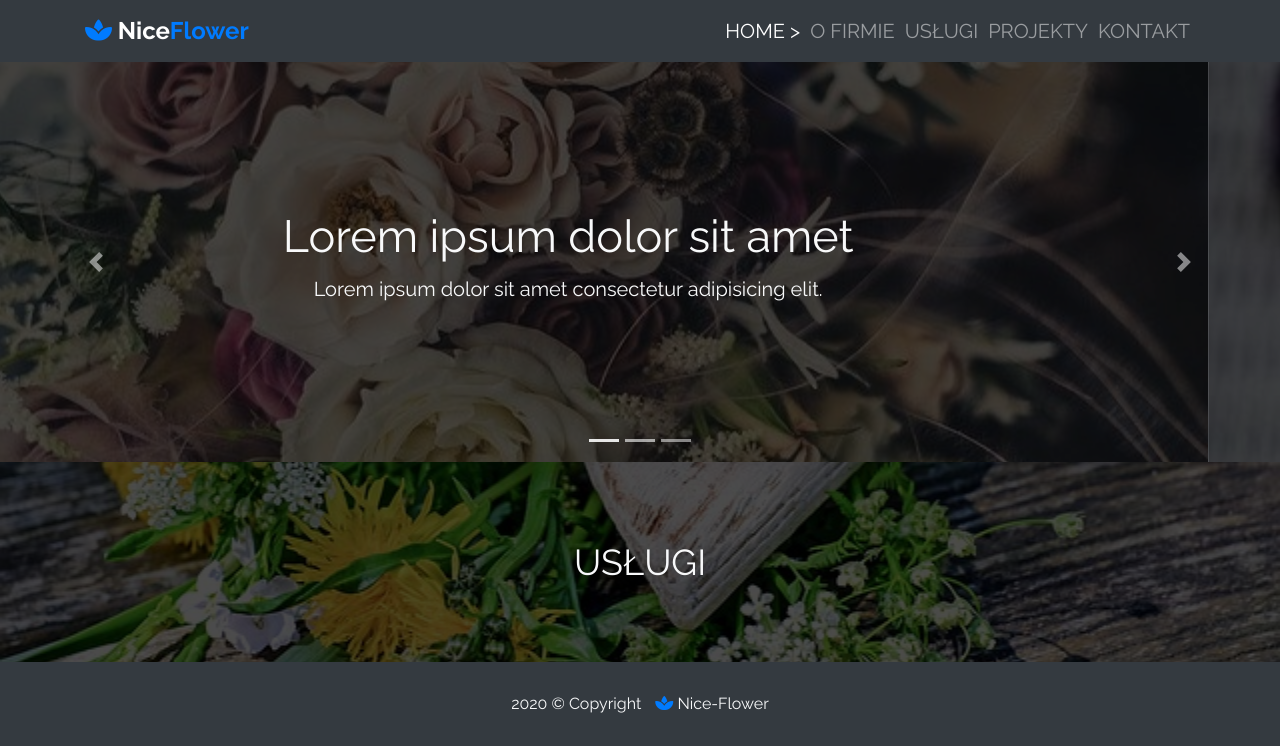
Repository: KrzysKolo/Projekt-13_Kwiaciarnia
Page: services.html
These files come from the project's save history. The page is drawn as it stood at one moment and after the next save; the edit follows.
The browser window is 1280 px wide. The pictures show the whole page.
Some web libraries are served in a nearby version.

Above is the page before, as saved 2020-08-11 09:56:11.

### services.html
<!DOCTYPE html>
<html lang="pl">
  <head>
    <meta charset="UTF-8" />
    <meta name="viewport" content="width=device-width, initial-scale=1.0" />
    <title>Nice-Flower</title>
    <script
      src="https://kit.fontawesome.com/21efeaf281.js"
      crossorigin="anonymous"
    ></script>

    <link
      rel="stylesheet"
      href="https://stackpath.bootstrapcdn.com/bootstrap/4.5.0/css/bootstrap.min.css"
      integrity="sha384-9aIt2nRpC12Uk9gS9baDl411NQApFmC26EwAOH8WgZl5MYYxFfc+NcPb1dKGj7Sk"
      crossorigin="anonymous"
    />
    <link
      href="https://fonts.googleapis.com/css2?family=Raleway:wght@400;700&display=swap"
      rel="stylesheet"
    />
    <link rel="stylesheet" href="style.css" />
  </head>
  <body>
    <nav class="navbar navbar-expand-lg navbar-dark bg-dark py-3">
      <div class="container">
        <a class="navbar-brand" href="index.html"
          ><i class="fas fa-spa text-primary"></i> Nice<span
            class="text-primary"
            >Flower</span
          ></a
        >
        <button
          class="navbar-toggler border-0"
          type="button"
          data-toggle="collapse"
          data-target="#navbarNavAltMarkup"
          aria-controls="navbarNavAltMarkup"
          aria-expanded="false"
          aria-label="Toggle navigation"
        >
          <i class="fas fa-bars px-4"></i>
        </button>
        <div class="collapse navbar-collapse" id="navbarNavAltMarkup">
          <div class="navbar-nav ml-auto">
            <a class="nav-link active" href="index.html">Home ></a>
            <a class="nav-link" href="abouteus.html">O firmie</a>
            <a class="nav-link" href="#"
              ><span class="sr-only">(current)</span>Usługi</a
            >
            <a class="nav-link" href="projects.html">Projekty</a>
            <a class="nav-link" href="contact.html">Kontakt</a>
          </div>
        </div>
      </div>
    </nav>

    <!-- HEADER -->
    <header>
      <div
        id="carouselExampleCaptions"
        class="carousel slide"
        data-ride="carousel"
      >
        <ol class="carousel-indicators">
          <li
            data-target="#carouselExampleCaptions"
            data-slide-to="0"
            class="active"
          ></li>
          <li data-target="#carouselExampleCaptions" data-slide-to="1"></li>
          <li data-target="#carouselExampleCaptions" data-slide-to="2"></li>
        </ol>
        <div class="carousel-inner text-dark text-center">
          <div class="carousel-item carousel-img-one active">
            <div
              class="carousel-text h-100 p-5 d-flex flex-column justyfy-content-end justify-content-md-center align-items-center"
            >
              <div class="hero-shadow"></div>
              <p class="display-3 text-light">Lorem ipsum dolor sit amet</p>
              <p class="d-none d-sm-block text-light">
                Lorem ipsum dolor sit amet consectetur adipisicing elit.
              </p>
            </div>
          </div>
          <div class="carousel-item carousel-img-two">
            <div
              class="carousel-text h-100 p-5 d-flex flex-column justyfy-content-end justify-content-md-center align-items-center"
            >
              <div class="hero-shadow"></div>
              <p class="display-3 text-light">Lorem ipsum dolor sit amet</p>
              <p class="d-none d-sm-block text-light">
                Lorem ipsum dolor sit amet consectetur adipisicing elit.
              </p>
            </div>
          </div>
          <div class="carousel-item carousel-img-three">
            <div
              class="carousel-text h-100 p-5 d-flex flex-column justyfy-content-end justify-content-md-center align-items-center"
            >
              <div class="hero-shadow"></div>
              <p class="display-3 text-light">Lorem ipsum dolor sit amet</p>
              <p class="d-none d-sm-block text-light">
                Lorem ipsum dolor sit amet consectetur adipisicing elit.
              </p>
            </div>
          </div>
        </div>
        <a
          class="carousel-control-prev"
          href="#carouselExampleCaptions"
          role="button"
          data-slide="prev"
        >
          <span class="carousel-control-prev-icon" aria-hidden="true"></span>
          <span class="sr-only">Previous</span>
        </a>
        <a
          class="carousel-control-next"
          href="#carouselExampleCaptions"
          role="button"
          data-slide="next"
        >
          <span class="carousel-control-next-icon" aria-hidden="true"></span>
          <span class="sr-only">Next</span>
        </a>
      </div>
    </header>

    <!-- MAIN -->
    <main>
      <section class="top-hero service-hero">
        <div class="hero-shadow"></div>
        <p class="top-hero-text text-light">usługi</p>
      </section>
    </main>
    <footer class="bg-dark text-light">
      <p class="py-5 px-3 mb-0 text-center">
        2020 &copy; Copyright
        <i class="ml-3 fas fa-spa text-primary"></i> Nice-Flower
      </p>
    </footer>
    <script
      src="https://code.jquery.com/jquery-3.5.1.slim.min.js"
      integrity="sha384-DfXdz2htPH0lsSSs5nCTpuj/zy4C+OGpamoFVy38MVBnE+IbbVYUew+OrCXaRkfj"
      crossorigin="anonymous"
    ></script>
    <script
      src="https://cdn.jsdelivr.net/npm/popper.js@1.16.0/dist/umd/popper.min.js"
      integrity="sha384-Q6E9RHvbIyZFJoft+2mJbHaEWldlvI9IOYy5n3zV9zzTtmI3UksdQRVvoxMfooAo"
      crossorigin="anonymous"
    ></script>
    <script
      src="https://stackpath.bootstrapcdn.com/bootstrap/4.5.0/js/bootstrap.min.js"
      integrity="sha384-OgVRvuATP1z7JjHLkuOU7Xw704+h835Lr+6QL9UvYjZE3Ipu6Tp75j7Bh/kR0JKI"
      crossorigin="anonymous"
    ></script>
  </body>
</html>

### style.css
* {
  box-sizing: border-box;
  margin: 0;
  padding: 0;
}
html {
  font-size: 62.5%;
}
body {
  font-family: "Raleway", sans-serif;
  font-size: 1.6rem;
}
.hero-shadow {
  position: absolute;
  top: 0;
  width: 100%;
  height: 100%;
  background-color: rgba(0, 0, 0, 0.7);
  z-index: -1;
}
.additional-text {
  font-size: 1.8rem;
}
.top-hero {
  position: relative;
  height: 20rem;
  background-size: cover;
  z-index: 0;
}
.top-hero-text {
  display: flex;
  justify-content: center;
  align-items: center;
  height: 100%;
  font-size: 3.6rem;
  text-transform: uppercase;
}
/* ----------- */
/*  nawigacja  */
/* ----------- */
nav {
  font-size: 2rem;
  text-transform: uppercase;
}
.navbar-toggler {
  font-size: 3rem;
}
.navbar-brand {
  font-size: 2.4rem;
  font-weight: bold;
  text-transform: none;
}
/* ----------- */
/*    header   */
/* ----------- */
header {
  font-size: 2rem;
}
.carousel-item {
  position: relative;
  height: 400px;
  background-position: center;
  background-size: cover;
  z-index: 0;
}
.carousel-img-one {
  background-image: url("./img/b1m.jpg");
}
.carousel-img-two {
  background-image: url("./img/b2m.jpg");
}
.carousel-img-three {
  background-image: url("./img/b4m.jpg");
}
/* ----------- */
/*     main    */
/* ----------- */
.home-boxes {
  padding: 5rem 0;
}
.home-box i {
  font-size: 4rem;
}
.home-box h3 {
  font-size: 2.6rem;
}
/* ----------- */
.home-passion {
  position: relative;
  height: 350px;
  background-image: url("./img/b8m.jpg");
  background-position: center;
  background-size: cover;
  z-index: 0;
}
/* ----------- */
.home-brand h3 {
  font-size: 3rem;
  font-weight: bold;
}
/* ----------- */
/*   aboutus   */
/* ----------- */
.aboutus-hero {
  background-image: url("./img/obrazek1.jpg");
  background-position: bottom;
}
/* ----------- */
.aboutus-top .display-3 {
  text-transform: uppercase;
}
/* ----------- */
.aboutus-info {
  background-color: rgba(0, 0, 0, 0.3);
}
.aboutus-info .container {
  padding: 2em 0.5em;
}
.aboutus-text {
  padding: 1.8rem;
}
.aboutus-text h3 {
  margin-bottom: 0.5em;
  font-size: 2.6rem;
  text-transform: uppercase;
  font-weight: bold;
  text-decoration: underline #007bff;
}
.abouts-text-right {
  text-align: right;
}
.aboutus-img {
  height: 300px;
  background-image: url("./img/b5m.jpg");
  background-position: center;
  background-size: cover;
}
/* ----------- */
.aboutus-bottom i {
  font-size: 3rem;
}
.aboutus-bottom h3 {
  font-size: 2.2rem;
  font-weight: bold;
}
/* ----------- */
/*    usługi   */
/* ----------- */
.service-hero {
  background-image: url("./img/pm.jpg");
  background-position: 0 75%;
}
/* ----------- */
/*    footer   */
/* ----------- */
footer {
  font-size: 1.6rem;
}
@media (min-width: 992px) {
  .aboutus-info .container {
    padding: 0;
  }
  .aboutus-shadow {
    box-shadow: inset 0 5px 10px -5px rgba(0, 0, 0, 0.4);
  }
  .aboutus-text {
    padding: 5em 0;
    transform: skew(-15deg);
  }
  .abouts-text-left {
    padding-right: 2em;
    text-align: right;
  }
  .abouts-text-right {
    padding-left: 2em;
    text-align: left;
  }
  .aboutus-img {
    height: auto;
    transform: skew(-15deg);
  }
}
@media (min-width: 1400px) {
  .carousel-item {
    height: 600px;
  }
  .carousel-img-one {
    background-image: url("./img/b1.jpg");
  }
  .carousel-img-two {
    background-image: url("./img/b2.jpg");
  }
  .carousel-img-three {
    background-image: url("./img/b4.jpg");
  }
}

After the next save:
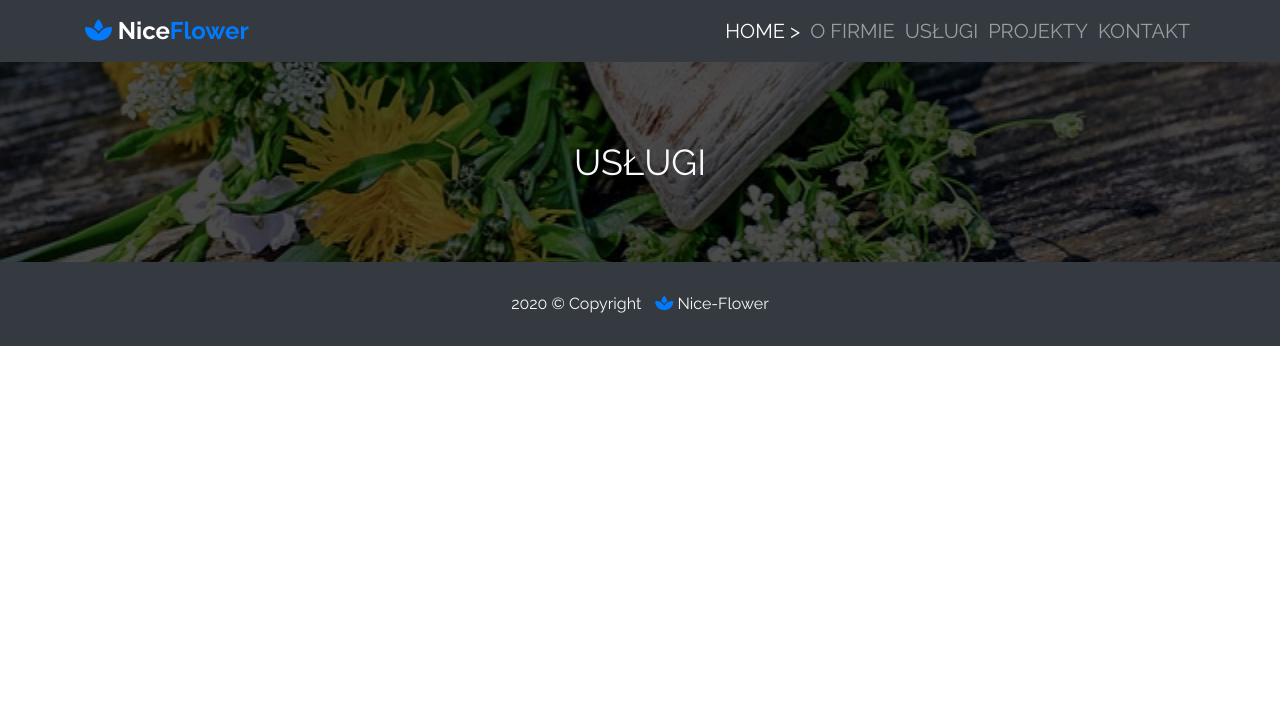
Saved 64 s later.
--- a/services.html
+++ b/services.html
@@ -55,78 +55,6 @@
       </div>
     </nav>
 
-    <!-- HEADER -->
-    <header>
-      <div
-        id="carouselExampleCaptions"
-        class="carousel slide"
-        data-ride="carousel"
-      >
-        <ol class="carousel-indicators">
-          <li
-            data-target="#carouselExampleCaptions"
-            data-slide-to="0"
-            class="active"
-          ></li>
-          <li data-target="#carouselExampleCaptions" data-slide-to="1"></li>
-          <li data-target="#carouselExampleCaptions" data-slide-to="2"></li>
-        </ol>
-        <div class="carousel-inner text-dark text-center">
-          <div class="carousel-item carousel-img-one active">
-            <div
-              class="carousel-text h-100 p-5 d-flex flex-column justyfy-content-end justify-content-md-center align-items-center"
-            >
-              <div class="hero-shadow"></div>
-              <p class="display-3 text-light">Lorem ipsum dolor sit amet</p>
-              <p class="d-none d-sm-block text-light">
-                Lorem ipsum dolor sit amet consectetur adipisicing elit.
-              </p>
-            </div>
-          </div>
-          <div class="carousel-item carousel-img-two">
-            <div
-              class="carousel-text h-100 p-5 d-flex flex-column justyfy-content-end justify-content-md-center align-items-center"
-            >
-              <div class="hero-shadow"></div>
-              <p class="display-3 text-light">Lorem ipsum dolor sit amet</p>
-              <p class="d-none d-sm-block text-light">
-                Lorem ipsum dolor sit amet consectetur adipisicing elit.
-              </p>
-            </div>
-          </div>
-          <div class="carousel-item carousel-img-three">
-            <div
-              class="carousel-text h-100 p-5 d-flex flex-column justyfy-content-end justify-content-md-center align-items-center"
-            >
-              <div class="hero-shadow"></div>
-              <p class="display-3 text-light">Lorem ipsum dolor sit amet</p>
-              <p class="d-none d-sm-block text-light">
-                Lorem ipsum dolor sit amet consectetur adipisicing elit.
-              </p>
-            </div>
-          </div>
-        </div>
-        <a
-          class="carousel-control-prev"
-          href="#carouselExampleCaptions"
-          role="button"
-          data-slide="prev"
-        >
-          <span class="carousel-control-prev-icon" aria-hidden="true"></span>
-          <span class="sr-only">Previous</span>
-        </a>
-        <a
-          class="carousel-control-next"
-          href="#carouselExampleCaptions"
-          role="button"
-          data-slide="next"
-        >
-          <span class="carousel-control-next-icon" aria-hidden="true"></span>
-          <span class="sr-only">Next</span>
-        </a>
-      </div>
-    </header>
-
     <!-- MAIN -->
     <main>
       <section class="top-hero service-hero">
